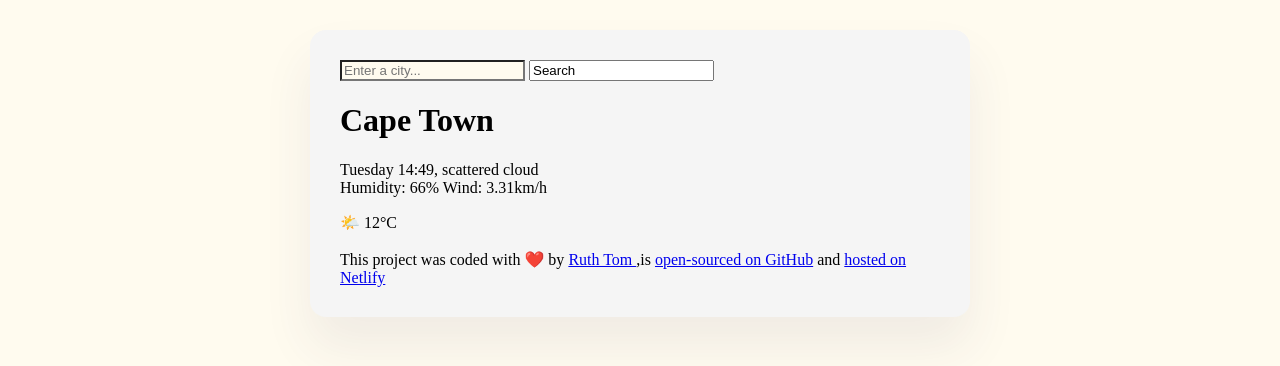
Repository: RuthTom711/Weatherly-App
Page: index.html
These files come from the project's save history. The page is drawn as it stood at one moment and after a run of saves; the edit follows.
The browser window is 1280 px wide. The pictures show the whole page.

Above is the page before, as saved 2025-11-10 23:28:40.

### index.html
<!DOCTYPE html>
<html lang="en">
  <head>
    <meta charset="UTF-8" />
    <meta name="viewport" content="width=device-width, initial-scale=1.0" />
    <link rel="preconnect" href="https://fonts.googleapis.com" />
    <link rel="preconnect" href="https://fonts.gstatic.com" crossorigin />
    <link
      href="https://fonts.googleapis.com/css2?family=Roboto+Mono:ital,wght@0,100..700;1,100..700&family=Roboto:ital,wght@0,100..900;1,100..900&family=Work+Sans:ital,wght@0,100..900;1,100..900&display=swap"
      rel="stylesheet"
    />
    <link rel="stylesheet" href="src/styles.css" />
    <title>Weatherly App</title>
  </head>
  <body>
    <div class="weather-app">
      <header>
        <form class="search-form">
          <input type="search" placeholder="Enter a city..." required class="search-form-input" />
          <input type="Subnit" value="Search" />
          <link rel="stylesheet" href="src/styles.css" class="search-form-button" />
        </form>
      </header>

      <main>
        <div>
          <h1>Cape Town</h1>
          <p>
            Tuesday 14:49, scattered cloud
            <br />
            Humidity: 66% Wind: 3.31km/h
          </p>
        </div>
        <div>🌤️ 12°C</div>
      </main>

      <br />
      <footer>
        This project was coded with ❤️ by
        <a href="https://github.com/RuthTom711" target="_blank"> Ruth Tom </a
        >,is
        <a href="https://github.com/RuthTom711/Weatherly-App" target="_blank">
          open-sourced on GitHub</a
        >
        and
        <a
          href="https://app.netlify.com/projects/ruth-weatherly-app/"
          target="_blank"
        >
          hosted on Netlify</a
        >
      </footer>
    </div>
  </body>
</html>

### src/styles.css
body {
    background-color: #fffbef;
}

.weather-app{
    background: whitesmoke;
    max-width: 600px;
    margin: 30px auto;
    padding: 30px;
    box-shadow: 0 30px 50px rgba(65,50,100,0.08);
    border-radius: 16px;

}
.search-form-input {
    background-color: #fffbef;
    border: ;
}

After the next 2 saves:
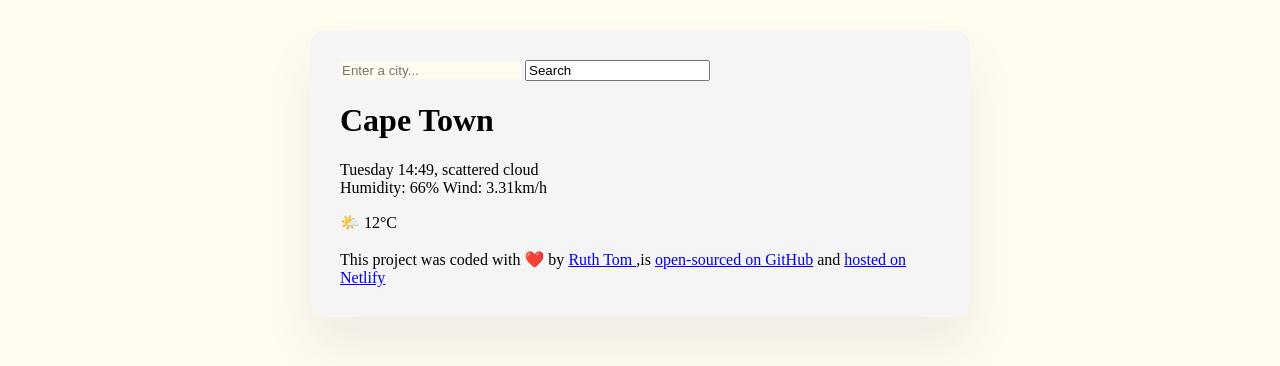
The 2 saves are shown as one change because they came seconds apart.
The last was saved 7 s later.
--- a/src/styles.css
+++ b/src/styles.css
@@ -13,5 +13,6 @@ body {
 }
 .search-form-input {
     background-color: #fffbef;
-    border: ;
+    border: none;
+
 }
